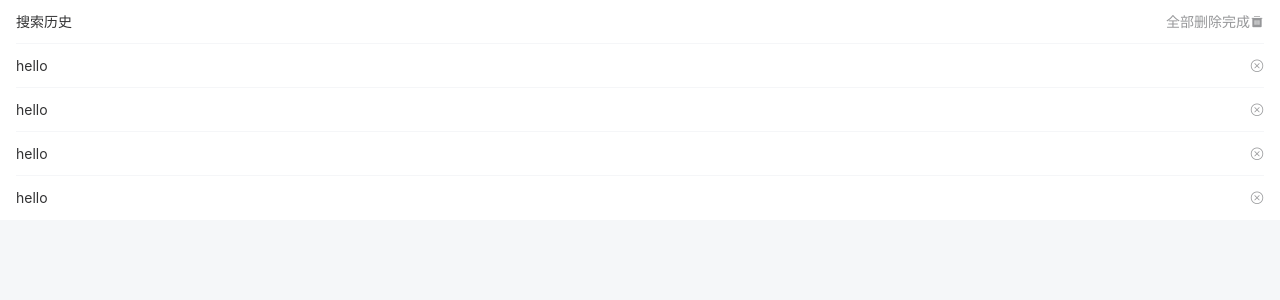
Repository: Tsukiau/toutiao-m
Page: /#/search
These files come from the project's save history. The page is drawn as it stood at one moment and after the next save; the edit follows.
The browser window is 1280 px wide. The pictures show the whole page.
The project was rebuilt for these pictures with package versions that can differ from the ones it lists, and the page was loaded fresh each time. Also part of the build but not shown: vue.config.js, src/utils/request.js, src/api/search.js, src/views/search/components/search-suggestion.vue, src/views/search/components/search-result.vue. Imported but missing from the stored project, and not drawn on this page: src/views/home/components/channel-edit.vue.

Above is the page before, as saved 2022-10-21 15:19:44.

After the next save:
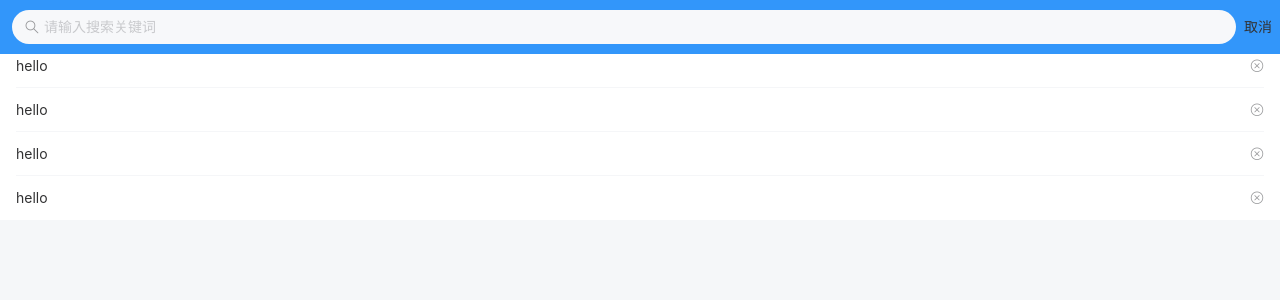
Saved 4 s later.
--- a/src/views/search/index.vue
+++ b/src/views/search/index.vue
@@ -77,5 +77,6 @@ export default {
    top: 0;
   left: 0;
   right: 0;
+  z-index: 10;
 }
 </style>
